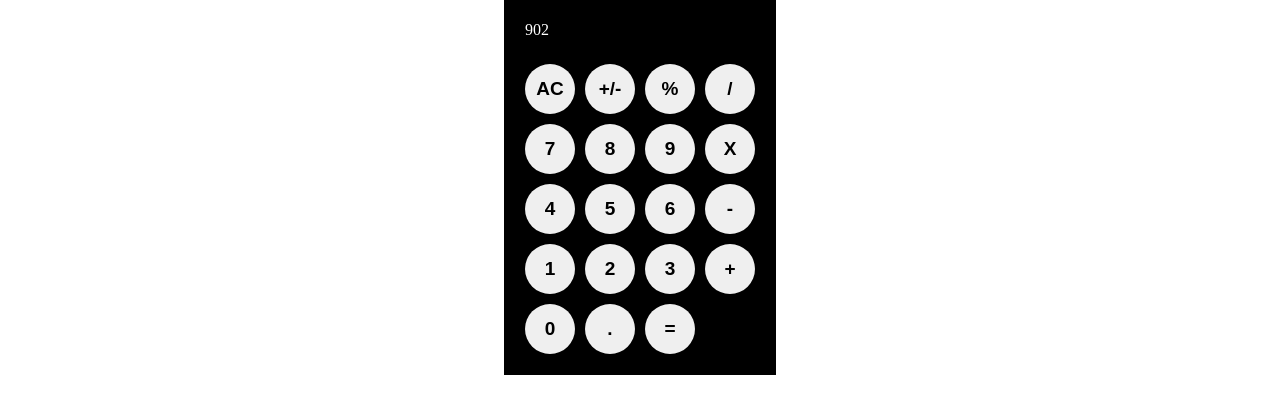
Repository: dmpelaez/calculator
Page: Calculator.html
These files come from the project's save history. The page is drawn as it stood at one moment and after the next save; the edit follows.
The browser window is 1280 px wide. The pictures show the whole page.

Above is the page before, as saved 2025-12-15 19:53:23.

After the next save:
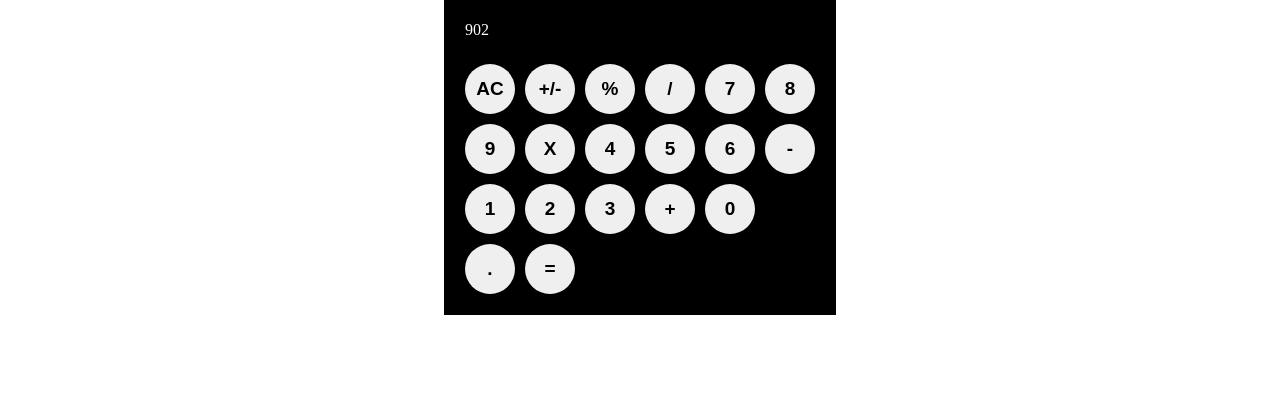
Saved 4 min 57 s later.
--- a/Calculator.css
+++ b/Calculator.css
@@ -36,3 +36,6 @@ background: black;
   font-weight: bold;
   Font-size: 19px;
 }
+.zero {
+  grid-column: 5 / 2 span;
+}
